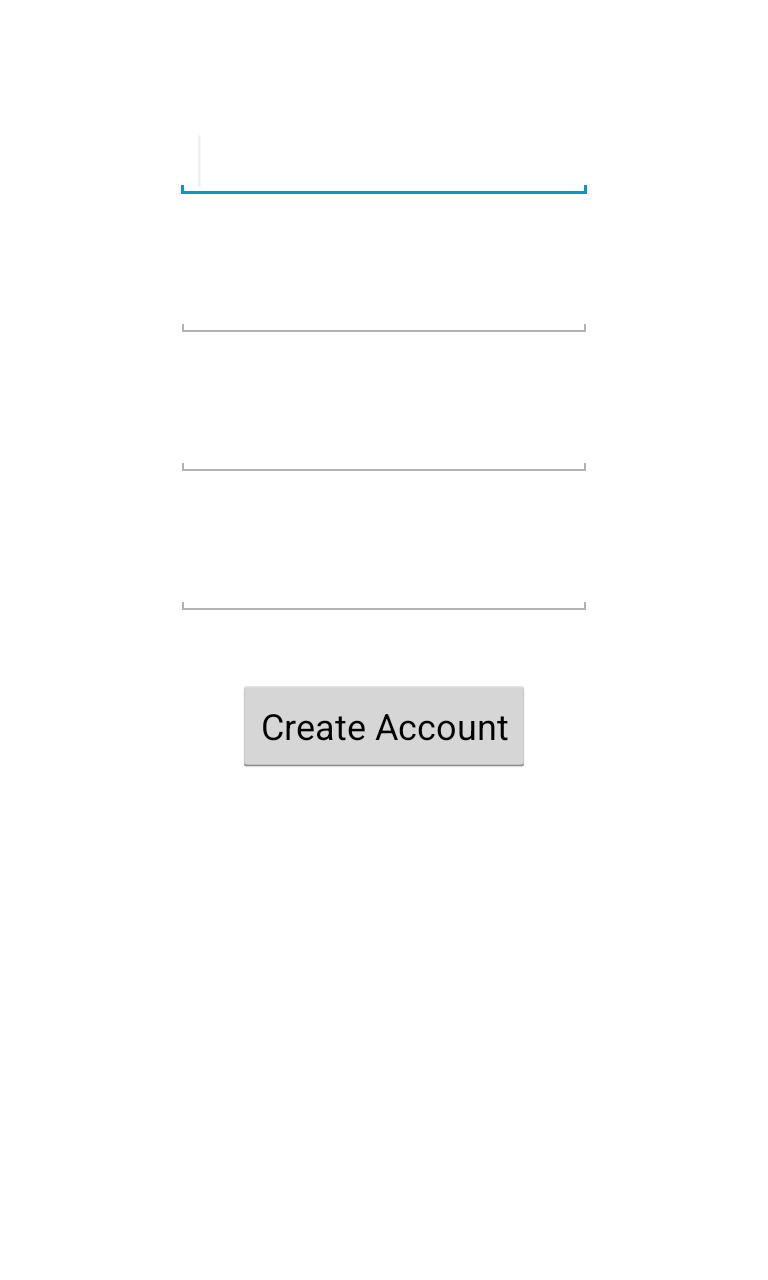
Repository: NarenPamza/Android_Template
Layout: LastNightParty/res/layout/activity_create_new_account.xml
The author's editor kept a copy of each file at every save. The layout is drawn from the files as they stood at one save, then again after a run of saves.
It is drawn on a 768 x 1280 px phone screen (xhdpi) without system bars, with theme AppTheme; the app's code is not run. The app's manifest (not shown) leaves right-to-left support off. So textAlignment, textDirection and layoutDirection are ignored, and left and right values win over start and end ones.

Above is the layout before, as saved 2015-12-25 14:40:36.

### LastNightParty/res/layout/activity_create_new_account.xml
<RelativeLayout xmlns:android="http://schemas.android.com/apk/res/android"
    xmlns:tools="http://schemas.android.com/tools"
    android:layout_width="match_parent"
    android:layout_height="match_parent"
    android:paddingBottom="@dimen/activity_vertical_margin"
    android:paddingLeft="@dimen/activity_horizontal_margin"
    android:paddingRight="@dimen/activity_horizontal_margin"
    android:paddingTop="@dimen/activity_vertical_margin"
    tools:context="com.androidParty.lastnightparty.CreateNewAccountActivity" >

    <EditText
        android:id="@+id/editText1"
        android:layout_width="wrap_content"
        android:layout_height="wrap_content"
        android:layout_alignParentTop="true"
        android:layout_centerHorizontal="true"
        android:layout_marginTop="45dp"
        android:ems="10"
        android:inputType="textPersonName"
        android:labelFor="@+id/editText1">
        <requestFocus />
    </EditText>

    <EditText
        android:id="@+id/editText2"
        android:layout_width="wrap_content"
        android:layout_height="wrap_content"
        android:layout_alignEnd="@+id/editText1"
        android:layout_alignStart="@+id/editText1"
        android:layout_below="@+id/editText1"
        android:layout_marginTop="30dp"
        android:ems="10"
        android:inputType="textPersonName"
        android:labelFor="@+id/editText2" />

    <EditText
        android:id="@+id/editText3"
        android:layout_width="wrap_content"
        android:layout_height="wrap_content"
        android:layout_alignStart="@+id/editText2"
        android:layout_below="@+id/editText2"
        android:layout_marginTop="30dp"
        android:ems="10"
        android:inputType="textEmailAddress"
        android:labelFor="@+id/editText3"/>

    <EditText
        android:id="@+id/editText4"
        android:layout_width="wrap_content"
        android:layout_height="wrap_content"
        android:layout_alignEnd="@+id/editText3"
        android:layout_alignStart="@+id/editText3"
        android:layout_below="@+id/editText3"
        android:layout_marginTop="30dp"
        android:ems="10"
        android:inputType="textPassword"
        android:labelFor="@+id/editText4" />

    <Button
        android:id="@+id/button1"
        android:layout_width="wrap_content"
        android:layout_height="wrap_content"
        android:layout_below="@+id/editText4"
        android:layout_centerHorizontal="true"
        android:layout_marginTop="30dp"
        android:text="@string/create_account" />
</RelativeLayout>

### LastNightParty/res/values/strings.xml
<?xml version="1.0" encoding="utf-8"?>
<resources>

    <string name="app_name">LastNightParty</string>
    <string name="hello_world">Last Nyte</string>
    <string name="action_settings">Settings</string>
    <string name="create_new">Create New Account</string>
    <string name="sign_in">Sign in With Email</string>
    <string name="title_activity_create_new_account">CreateNewAccountActivity</string>
    <string name="title_activity_sign_in">SignInActivity</string>
    <string name="Sign_In_Button">Sign In</string>

    <string name="user_name">user name</string>
    <string name="password">password</string>

    <string name="create_account">Create Account</string>
</resources>

Loaded but not shown: LastNightParty/res/values/styles.xml (common file); LastNightParty/res/values-v11/styles.xml (common file); LastNightParty/res/values-v14/styles.xml (common file); LastNightParty/res/values/dimens.xml (common file); LastNightParty/res/values-w820dp/dimens.xml (common file)

After the next 4 saves:
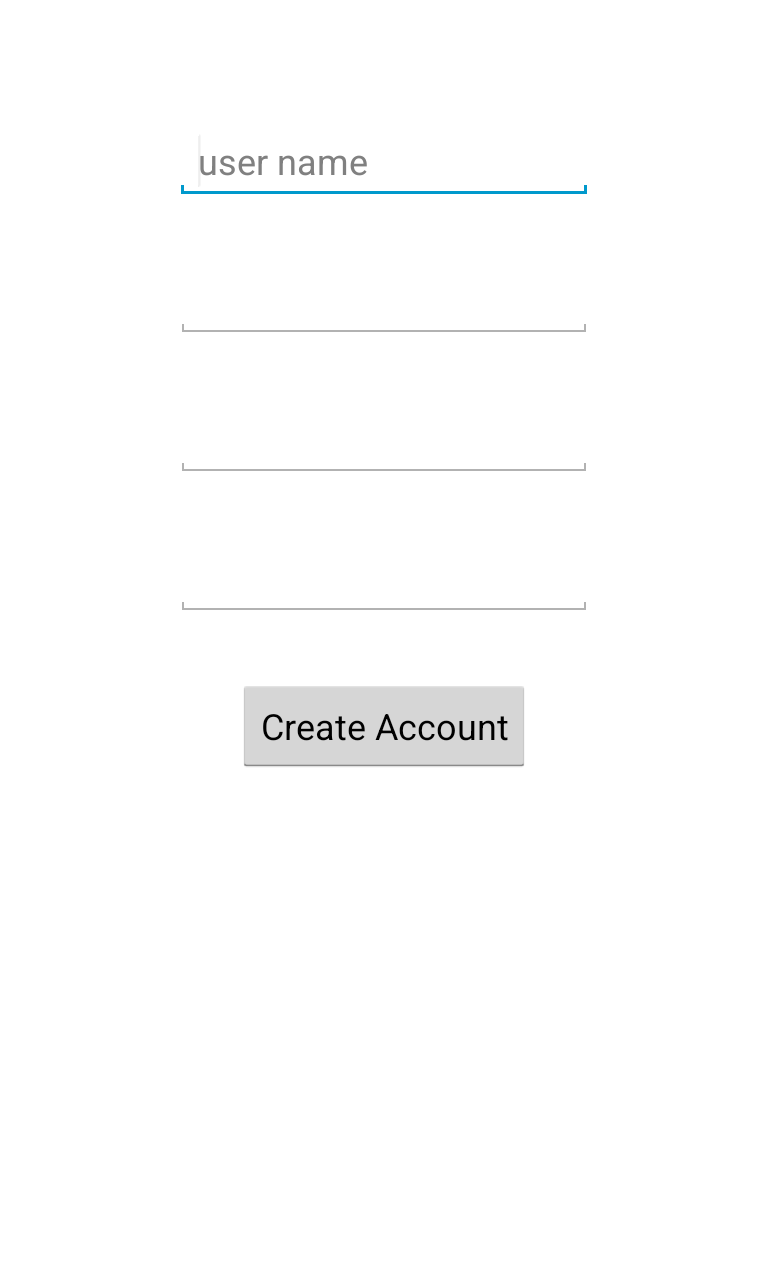
The 4 saves are shown as one change because 3 did not build or start.
The last was saved 70 s later.
--- a/LastNightParty/res/layout/activity_create_new_account.xml
+++ b/LastNightParty/res/layout/activity_create_new_account.xml
@@ -16,8 +16,10 @@
         android:layout_centerHorizontal="true"
         android:layout_marginTop="45dp"
         android:ems="10"
+        android:hint="@string/user_name"
         android:inputType="textPersonName"
-        android:labelFor="@+id/editText1">
+        android:labelFor="@+id/editText1
+        ">
         <requestFocus />
     </EditText>
 
